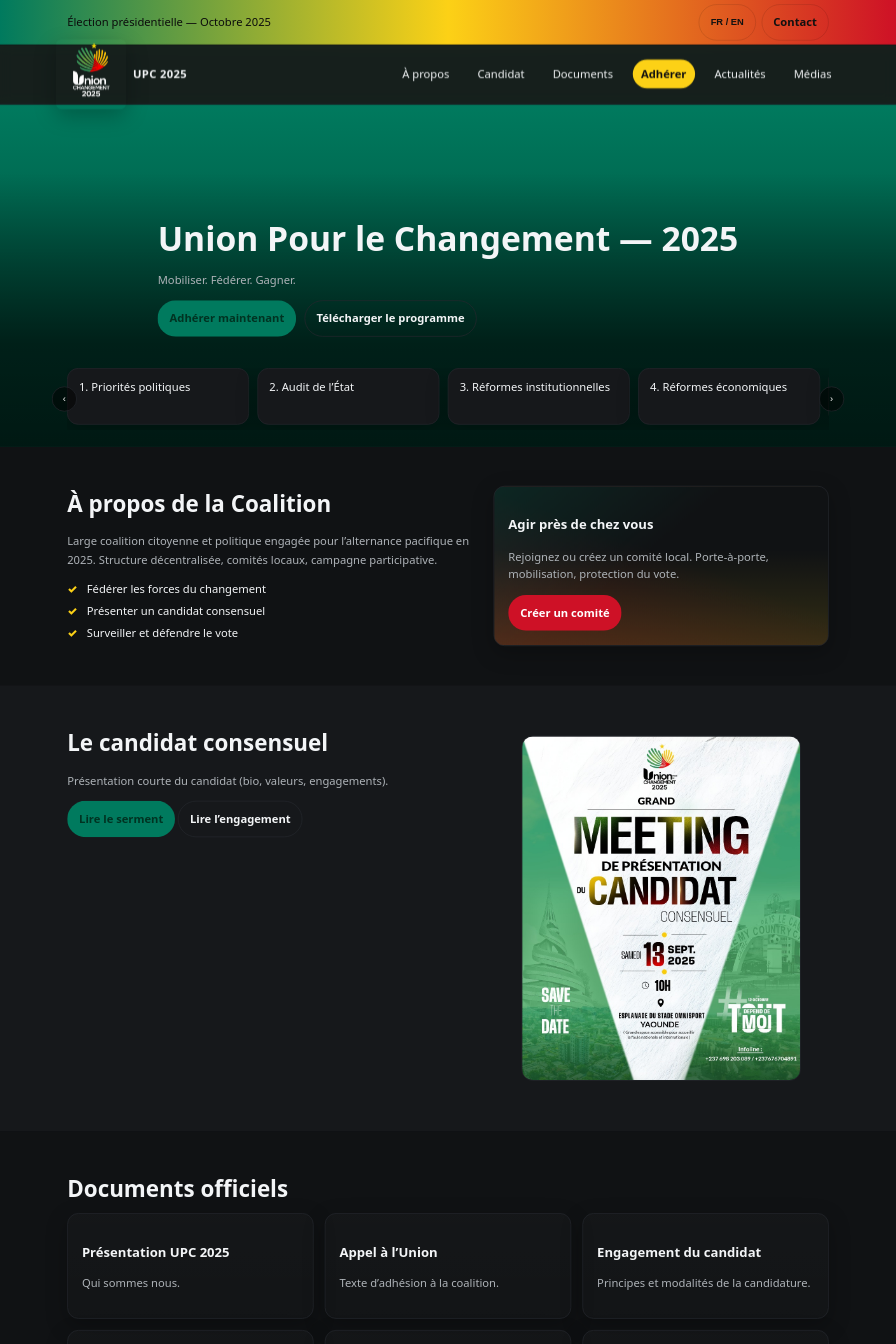
Repository: Kishny/upc2025
Page: index.html
An editor plug-in stored every save of this project. The page is shown before and after the next save, followed by the edit.
The browser window is 1280 px wide. The pictures show the part of the page from y = 0 to 1920 px (the page is 4309 px tall before and 4349 px after), at 70% of full size.

Above is the page before, as saved 2025-09-10 19:03:39.

After the next save:
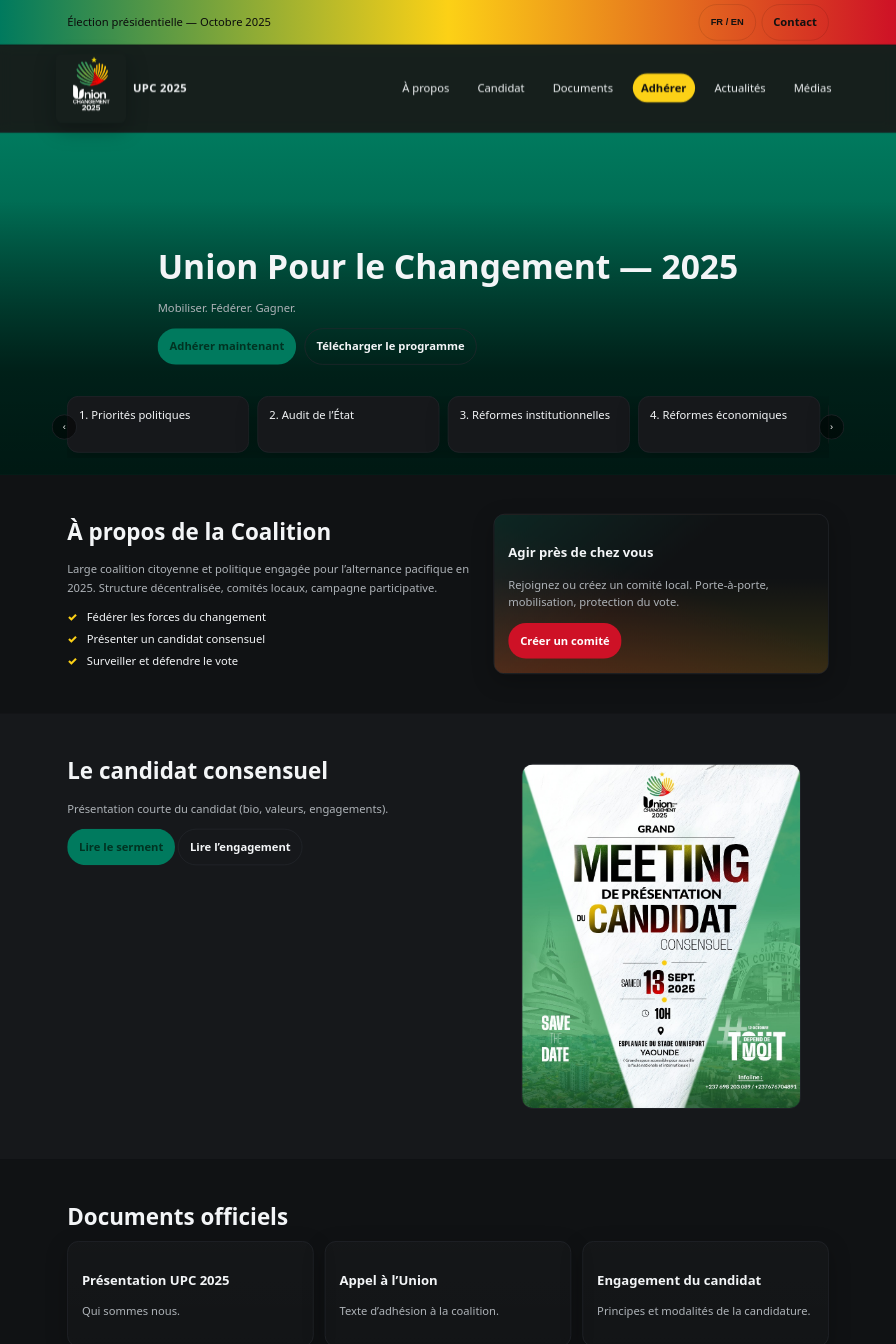
Saved 3 min 5 s later.
--- a/assets/css/styles.css
+++ b/assets/css/styles.css
@@ -134,12 +134,12 @@ a {
   gap: 10px;
 }
 .brand__logo {
-  height: 100px; /* tu peux même monter à 120px si tu veux */
+  height: 100px; /* taille visible */
   width: auto;
   border-radius: 8px;
   box-shadow: var(--shadow);
-  margin-top: -20px; /* logo "remonte" dans le header */
-  margin-bottom: -20px; /* évite que ça pousse le hero vers le bas */
+
+  margin: 0; /* enlève les marges négatives */
 }
 .brand__title {
   font-weight: 800;
